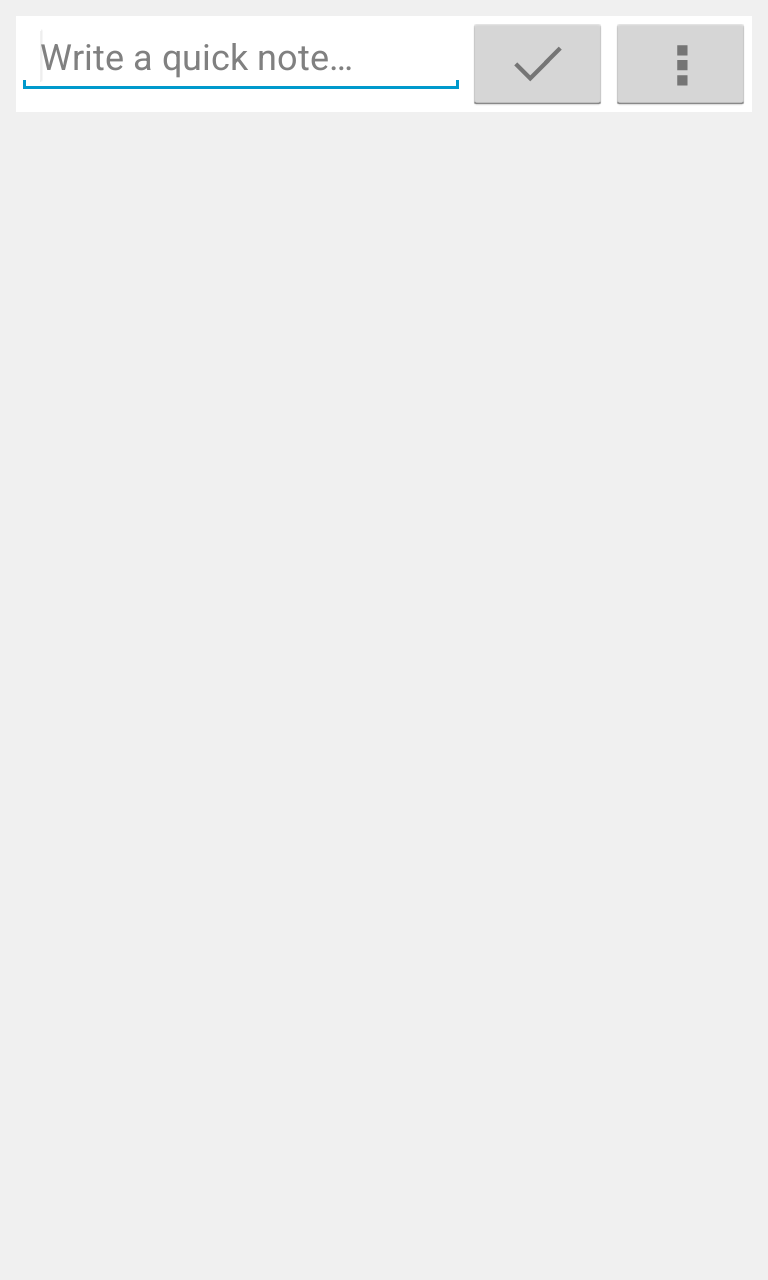
Repository: IrisAmp/fuzzy-octo-cmput301-proj
Layout: 301NotePrime/res/layout/activity_main.xml
The author's editor kept a copy of each file at every save. The layout is drawn from the files as they stood at one save, then again after a run of saves.
It is drawn on a 768 x 1280 px phone screen (xhdpi) without system bars, with theme AppTheme; the app's code is not run. Lists and similar views that code fills are empty.

Above is the layout before, as saved 2014-09-17 15:06:52.

### 301NotePrime/res/layout/activity_main.xml
<RelativeLayout xmlns:android="http://schemas.android.com/apk/res/android"
    xmlns:tools="http://schemas.android.com/tools"
    android:background="@color/default_bg"
    android:layout_width="match_parent"
    android:layout_height="match_parent"
    android:padding="@dimen/activity_vertical_less_margin"
    tools:context=".MainActivity" >

    <LinearLayout
        android:background="@color/default_highlight"
        android:id="@+id/linearLayout1"
        android:layout_width="wrap_content"
        android:layout_height="wrap_content"
        android:layout_alignParentLeft="true"
        android:layout_alignParentRight="true"
        android:layout_alignParentTop="true" >

        <EditText
            android:ems="10"
            android:hint="@string/quick_note_hint"
            android:id="@+id/editText1"
            android:inputType="textMultiLine"
            android:layout_width="wrap_content"
            android:layout_height="wrap_content"
            android:layout_weight="1"
            android:layout_gravity="bottom"
            android:layout_marginTop="@dimen/activity_vertical_less_margin"
            android:layout_marginTop="@dimen/activity_vertical_less_margin"
            android:layout_marginTop="@dimen/activity_vertical_less_margin" >

            <requestFocus />

        </EditText>

        <ImageButton
            android:contentDescription="@string/accessibility_accept_button"
            android:id="@+id/button1"
            android:layout_width="wrap_content"
            android:layout_height="wrap_content"
            android:layout_weight="1"
            android:layout_gravity="bottom"
            android:src="@drawable/ic_action_accept" />

        <ImageButton
            android:contentDescription="@string/accessibility_overflow_button"
            android:id="@+id/button2"
            android:layout_width="wrap_content"
            android:layout_height="wrap_content"
            android:layout_weight="1"
            android:layout_gravity="bottom"
            android:src="@drawable/ic_action_overflow" />

    </LinearLayout>

    <ListView
        android:id="@+id/listView1"
        android:layout_width="match_parent"
        android:layout_height="wrap_content"
        android:layout_below="@+id/linearLayout1"
        android:layout_centerHorizontal="true"
        android:layout_marginTop="22dp" >
    </ListView>

</RelativeLayout>

### 301NotePrime/res/values/colors.xml
<?xml version="1.0" encoding="utf-8"?>
<resources>

    <color name="default_bg"        >#FFF0F0F0</color>
    <color name="default_highlight" >#FFFFFFFF</color>

</resources>

### 301NotePrime/res/values/strings.xml
<?xml version="1.0" encoding="utf-8"?>
<resources>

    <string name="app_name">byue301NotePrime</string>
    <string name="action_settings">Settings</string>
    <string name="hello_world">Hello world!</string>

    <string name="quick_note_hint">Write a quick note&#8230;</string>

    <string name="accessibility_accept_button">Accept</string>
    <string name="accessibility_overflow_button">More</string>

</resources>

Loaded but not shown: 301NotePrime/res/values/styles.xml (common file); 301NotePrime/res/values-v11/styles.xml (common file); 301NotePrime/res/values-v14/styles.xml (common file); 301NotePrime/res/values/dimens.xml (common file)

After the next 2 saves:
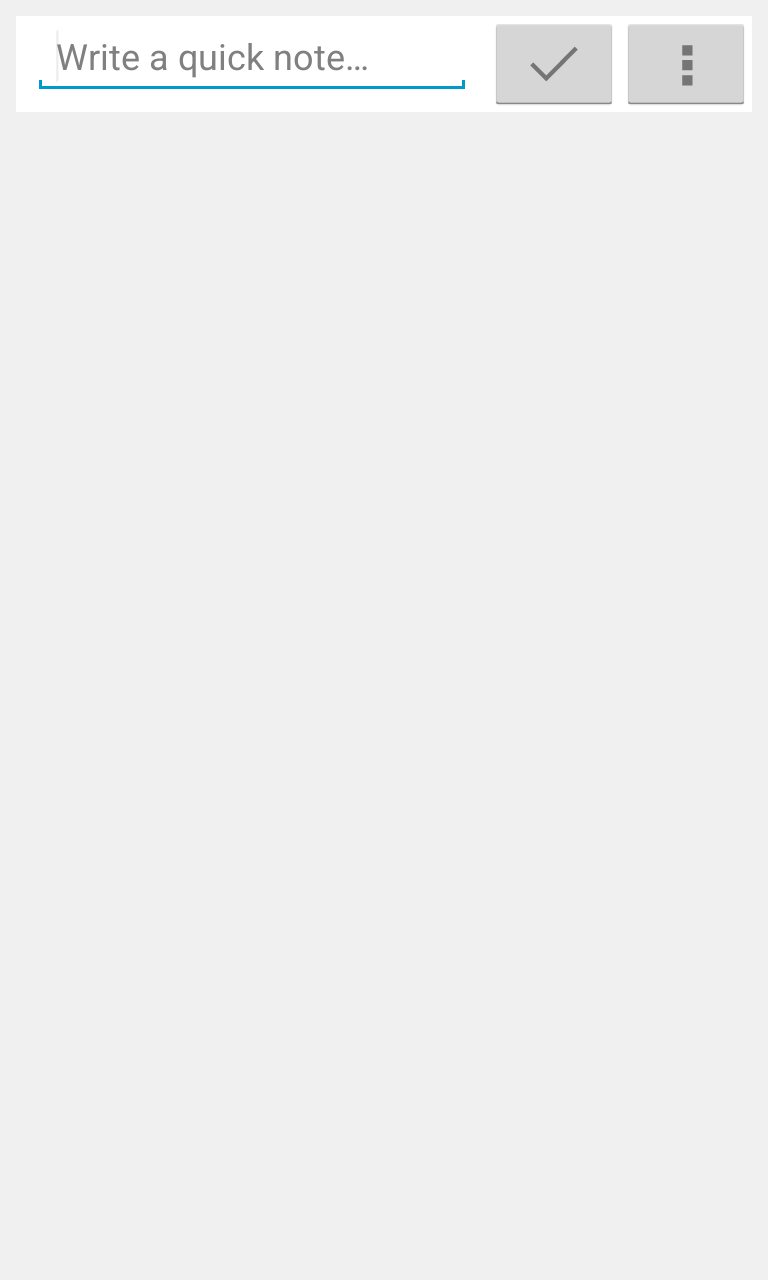
The 2 saves are shown as one change because they came seconds apart.
The last was saved 7 s later.
--- a/301NotePrime/res/layout/activity_main.xml
+++ b/301NotePrime/res/layout/activity_main.xml
@@ -25,8 +25,8 @@
             android:layout_weight="1"
             android:layout_gravity="bottom"
             android:layout_marginTop="@dimen/activity_vertical_less_margin"
-            android:layout_marginTop="@dimen/activity_vertical_less_margin"
-            android:layout_marginTop="@dimen/activity_vertical_less_margin" >
+            android:layout_marginLeft="@dimen/activity_vertical_less_margin"
+            android:layout_marginRight="@dimen/activity_vertical_less_margin" >
 
             <requestFocus />
 
